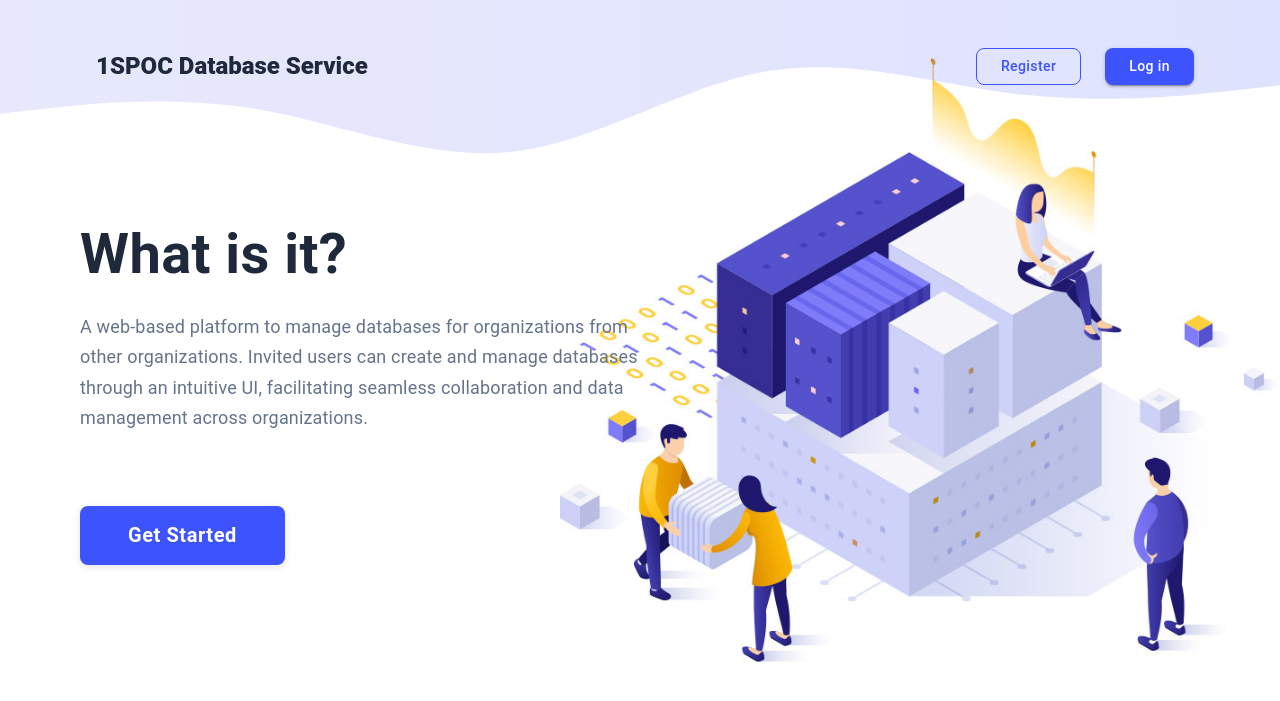
Repository: TanmayVaidya742/DbService
Page: / (app in frontend/)
The author's editor kept a copy of each file at every save. The page is drawn from the files as they stood at one save, then again after the next save.
The browser window is 1280 px wide. The pictures show the whole page.
The page's requests for data from a server got no answer. The project was rebuilt for these pictures with package versions that can differ from the ones it lists, and the page was loaded fresh each time. No one was signed in, and anything a server would have sent is missing. Also part of the build but not shown: frontend/src/components/Login.js, frontend/src/components/Register.js, frontend/src/components/Dashboard.js, frontend/src/components/AddDatabaseDialog.js, frontend/src/components/UserDashboard.js, frontend/src/components/Organizations.js, frontend/src/components/EditTableDialog.js, frontend/src/components/CreateTableDialog.js and 3 more.

Above is the page before, as saved 2025-05-08 10:53:43.

After the next save:
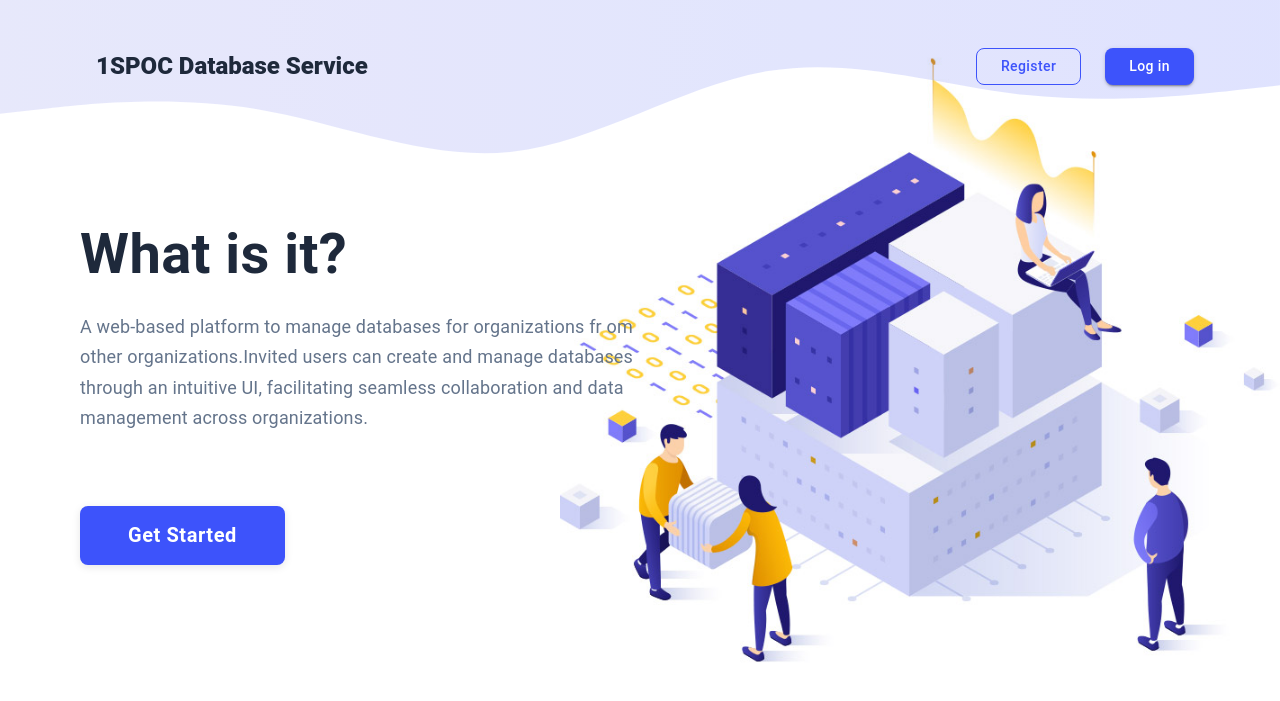
Saved 10 s later.
--- a/frontend/src/components/LandingPage.js
+++ b/frontend/src/components/LandingPage.js
@@ -192,7 +192,7 @@ const LandingPage = () => {
                     whiteSpace: 'normal',
                   }}
                 >
-                  A web-based platform to manage databases for organizations from other organizations. Invited users can create and manage databases through an intuitive UI, facilitating seamless collaboration and data management across organizations.
+                  A web-based platform to manage databases for organizations fr om other organizations.Invited users can create and manage databases through an intuitive UI, facilitating seamless collaboration and data management across organizations.
                 </Typography>
                 <ButtonGroup
                 sx={{ml: 4}}>
